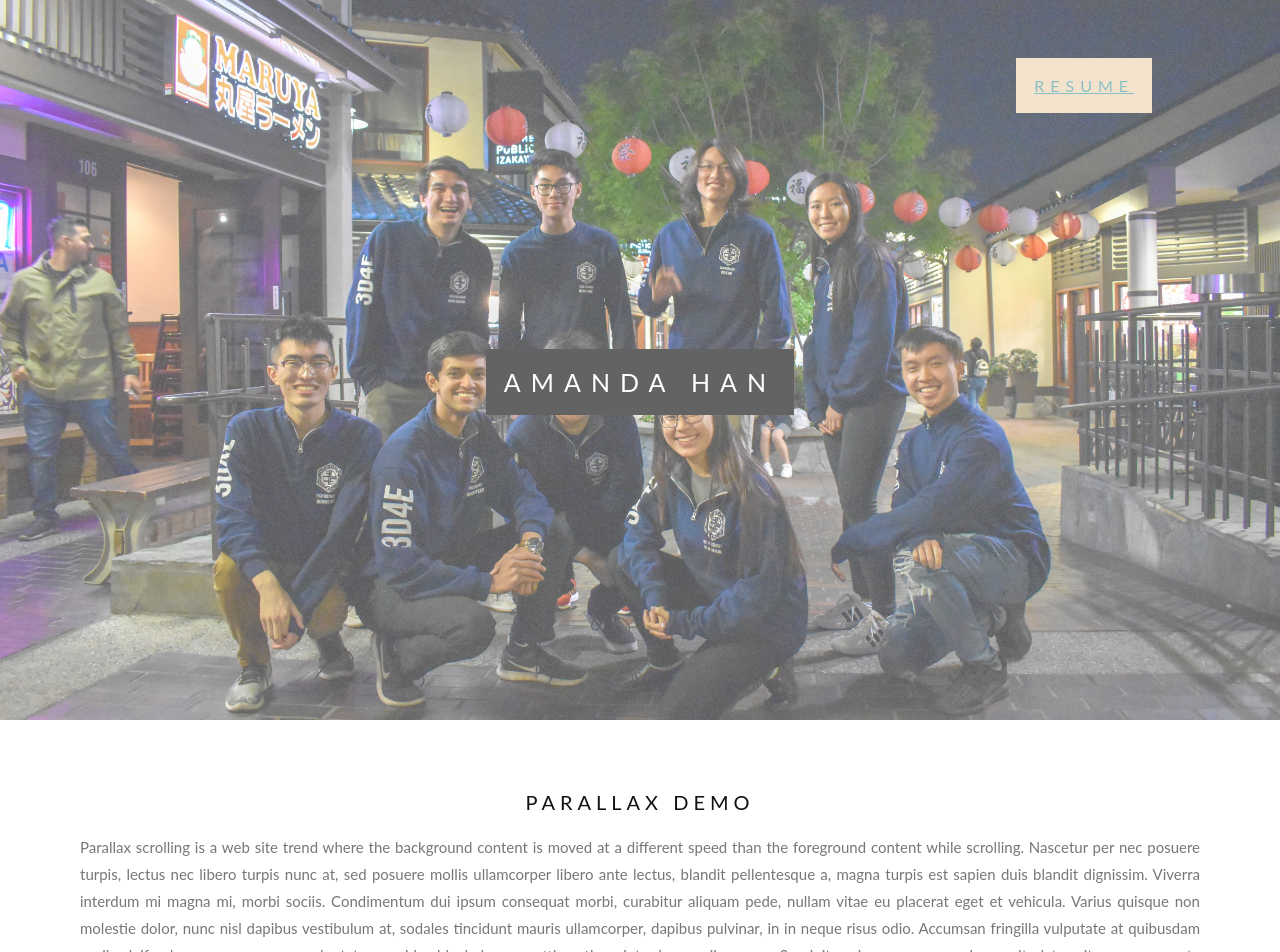
Repository: aliyuanh/me
Page: index.html
An editor plug-in stored every save of this project. The page is shown before and after the next save, followed by the edit.
The browser window is 1280 px wide. The pictures show the part of the page from y = 0 to 952 px (the page is 2895 px tall).

Above is the page before, as saved 2020-09-17 00:28:03.

### index.html
<!DOCTYPE html>
<html>

<head>
    <meta name="viewport" content="width=device-width, initial-scale=1">
    <style>
         :root {
            --oxford-blue: #0b132bff;
            --space-cadet: #1c2541ff;
            --cadet-blue: #4da1a9ff;
            --wheat: #edd4b2ff;
            --mountbatten-pink: #9a7aa0ff;
        }

        body,
        html {
            height: 100%;
            margin: 0;
            font: 400 15px/1.8 "Lato", sans-serif;
            color: #777;
        }

        .bgimg-1,
        .bgimg-2,
        .bgimg-3 {
            position: relative;
            opacity: 0.65;
            background-attachment: fixed;
            background-position: center;
            background-repeat: no-repeat;
            background-size: cover;
        }

        .bgimg-1 {
            background-image: url("img/tokyo.jpg");
            min-height: 100%;
        }

        .bgimg-2 {
            background-image: url("img/imagineering.jpg");
            min-height: 400px;
        }

        .bgimg-3 {
            background-image: url("img/cmmnd.png");
            min-height: 400px;
        }

        .caption {
            position: absolute;
            left: 0;
            top: 50%;
            width: 100%;
            text-align: center;
            color: #000;
        }

        .caption span.border {
            background-color: #111;
            color: #fff;
            padding: 18px;
            font-size: 25px;
            letter-spacing: 10px;
        }

        h3 {
            letter-spacing: 5px;
            text-transform: uppercase;
            font: 20px "Lato", sans-serif;
            color: #111;
        }
        /* Turn off parallax scrolling for tablets and phones */

        .toResume {
            top: 10%;
            width: 100%;
            right: 10%;
            text-align: right;
            color: #000;
            position: absolute;
        }

        .resumeButton {
            background-color: var(--wheat);
            color: var(--cadet-blue);
            padding: 18px;
            font-size: 16px;
            letter-spacing: 6px;
        }

        @media only screen and (max-device-width: 1024px) {
            .bgimg-1,
            .bgimg-2,
            .bgimg-3 {
                background-attachment: scroll;
            }
        }
        /* CSS HEX */
    </style>
</head>

<body>

    <div class="bgimg-1">
        <div class="toResume">
            <a class="resumeButton" href="https://drive.google.com/file/d/1WPi9M0jbwAtVQjWsxIvFWxaKqeurGUjf/view?usp=sharing">RESUME</a>
        </div>
        <div class="caption">
            <span class="border">AMANDA HAN</span>
        </div>
    </div>

    <div style="color: #777;background-color:white;text-align:center;padding:50px 80px;text-align: justify;">
        <h3 style="text-align:center;">Parallax Demo</h3>
        <p>Parallax scrolling is a web site trend where the background content is moved at a different speed than the foreground content while scrolling. Nascetur per nec posuere turpis, lectus nec libero turpis nunc at, sed posuere mollis ullamcorper libero
            ante lectus, blandit pellentesque a, magna turpis est sapien duis blandit dignissim. Viverra interdum mi magna mi, morbi sociis. Condimentum dui ipsum consequat morbi, curabitur aliquam pede, nullam vitae eu placerat eget et vehicula. Varius
            quisque non molestie dolor, nunc nisl dapibus vestibulum at, sodales tincidunt mauris ullamcorper, dapibus pulvinar, in in neque risus odio. Accumsan fringilla vulputate at quibusdam sociis eleifend, aenean maecenas vulputate, non id vehicula
            lorem mattis, ratione interdum sociis ornare. Suscipit proin magna cras vel, non sit platea sit, maecenas ante augue etiam maecenas, porta porttitor placerat leo.</p>
    </div>

    <div class="bgimg-2">
        <div class="caption">
            <span class="border" style="background-color:transparent;font-size:25px;color: #f7f7f7;">LESS HEIGHT</span>
        </div>
    </div>

    <div style="position:relative;">
        <div style="color:#ddd;background-color:#282E34;text-align:center;padding:50px 80px;text-align: justify;">
            <p>Scroll up and down to really get the feeling of how Parallax Scrolling works.</p>
        </div>
    </div>

    <div class="bgimg-3">
        <div class="caption">
            <span class="border" style="background-color:transparent;font-size:25px;color: #f7f7f7;">SCROLL UP</span>
        </div>
    </div>

    <div style="position:relative;">
        <div style="color:#ddd;background-color:#282E34;text-align:center;padding:50px 80px;text-align: justify;">
            <p>Scroll up and down to really get the feeling of how Parallax Scrolling works.</p>
        </div>
    </div>

    <div class="bgimg-1">
        <div class="caption">
            <span class="border"><a href="mailto: aliyuanh@ucla.edu" style="color:#ddd ">Email me!</a></span>
        </div>
    </div>

</body>

</html>

After the next save:
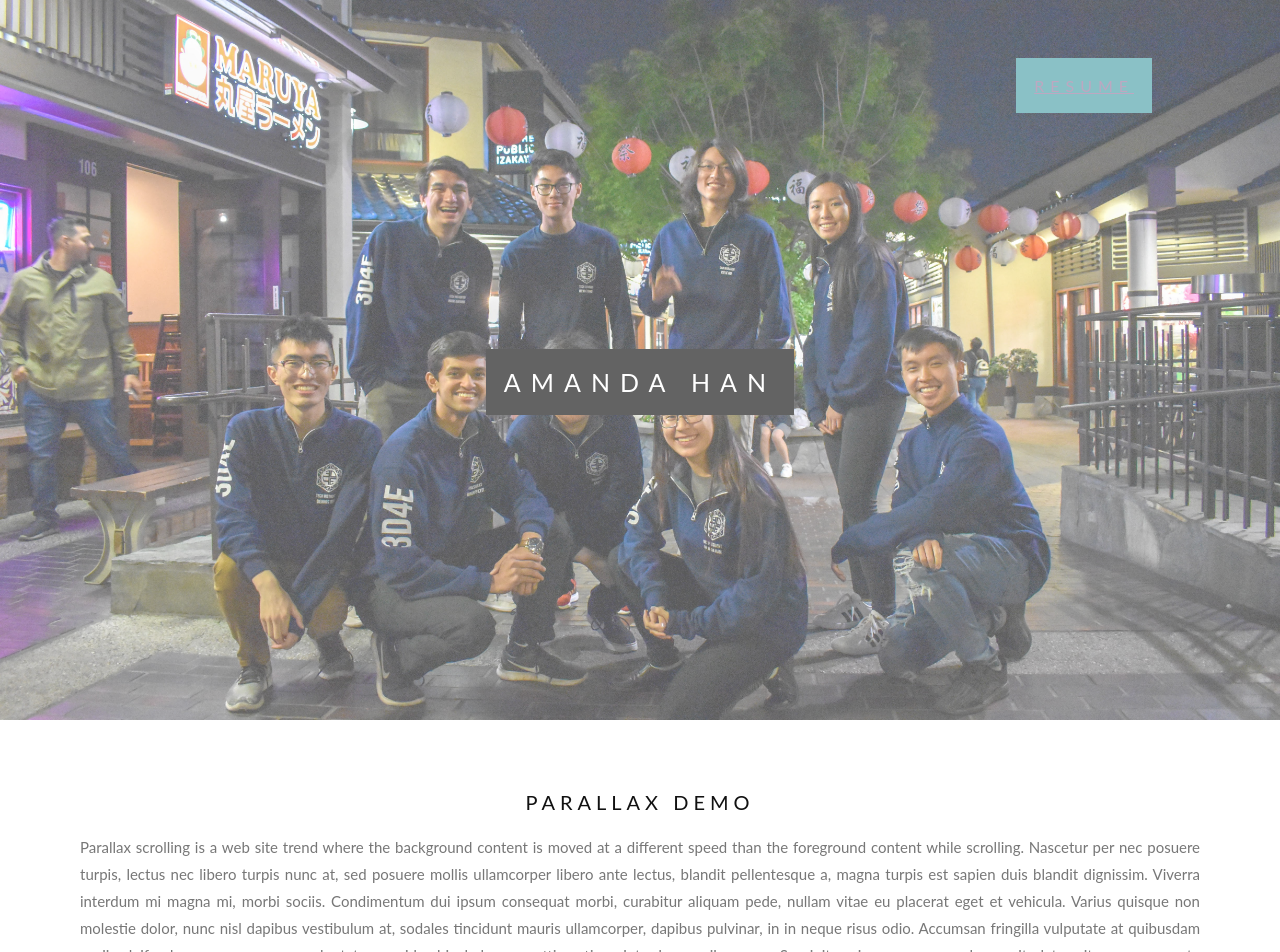
Saved 21 s later.
--- a/index.html
+++ b/index.html
@@ -81,8 +81,8 @@
         }
 
         .resumeButton {
-            background-color: var(--wheat);
-            color: var(--cadet-blue);
+            background-color: var(--cadet-blue);
+            color: var(--mountbatten-pink);
             padding: 18px;
             font-size: 16px;
             letter-spacing: 6px;
